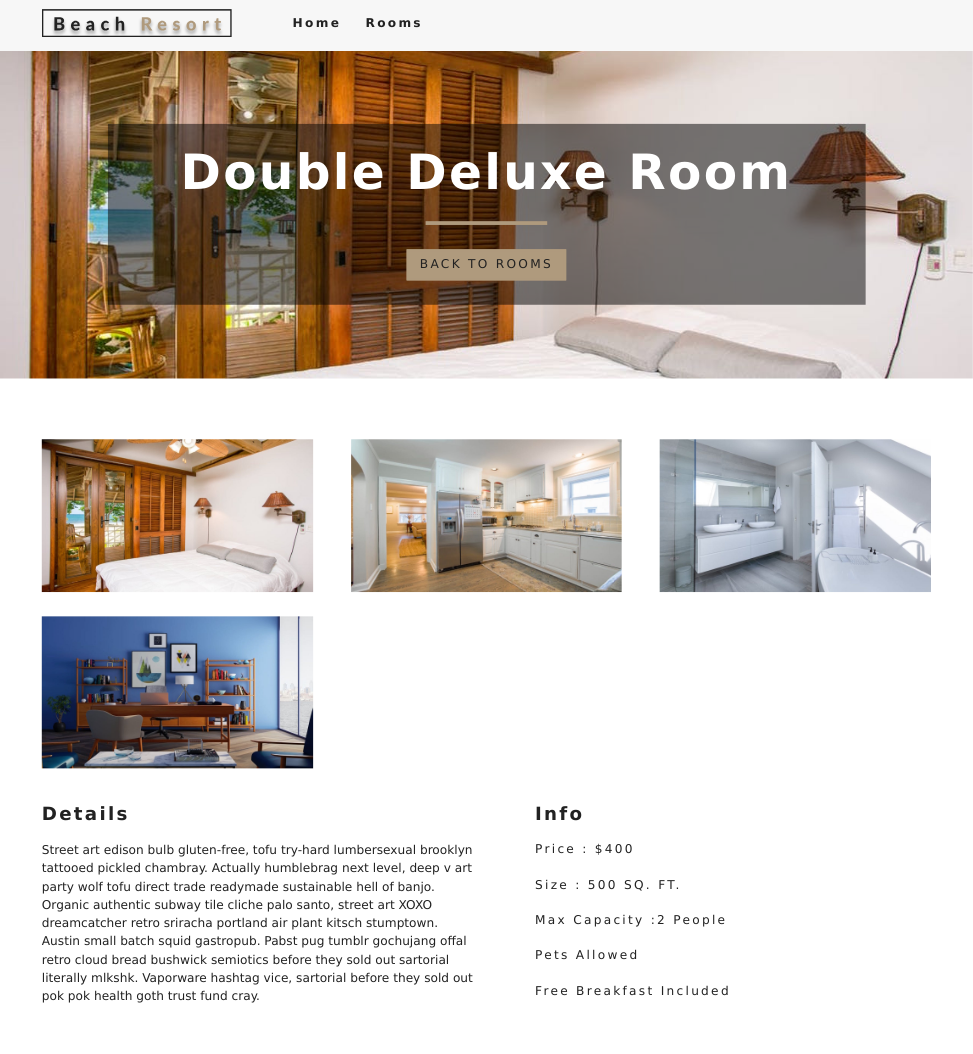
Repository: sanchit01garg/react-beachResort
Page: /rooms/double-deluxe
An editor plug-in stored every save of this project. The page is shown before and after the next save, followed by the edit.
The browser window is 1280 px wide. The pictures show the whole page, at 76% of full size.
The project was rebuilt for these pictures with package versions that can differ from the ones it lists, and the page was loaded fresh each time. Also part of the build but not shown: src/components/Hero.js, src/components/Title.js, src/components/Services.js, src/components/Loading.js, src/components/Room.js, src/components/FeaturedRooms.js, src/pages/Home.js, src/pages/Error.js and 1 more.

Above is the page before, as saved 2021-01-08 01:05:04.

After the next save:
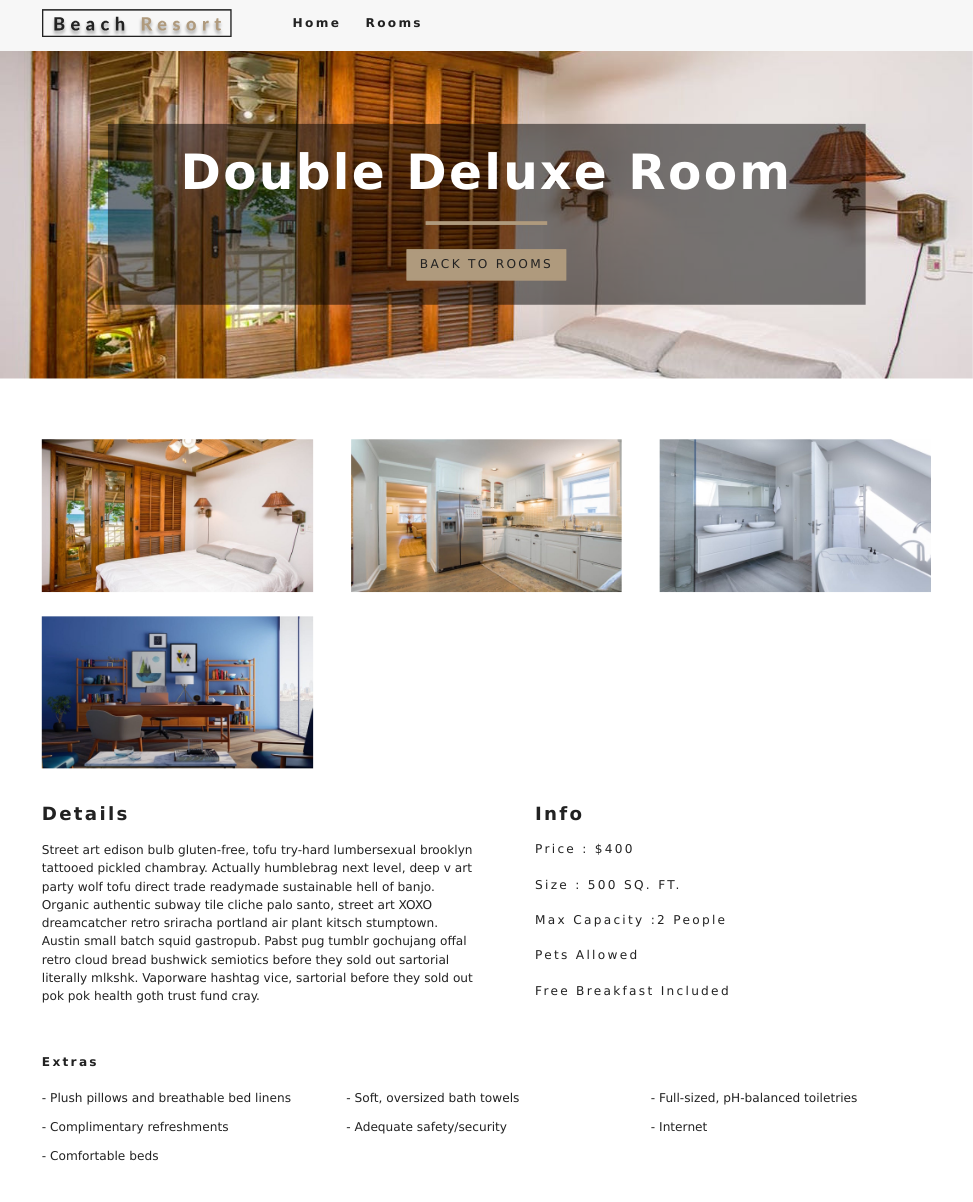
Saved 5 min 34 s later.
--- a/src/pages/SingleRoom.js
+++ b/src/pages/SingleRoom.js
@@ -74,6 +74,14 @@ export default class SingleRoom extends Component {
             </article>
           </div>
         </section>
+        <section className="room-extras">
+          <h6>extras </h6>
+          <ul className="extras">
+            {extras.map((item, index) => (
+              <li key={index}>- {item}</li>
+            ))}
+          </ul>
+        </section>
       </>
     );
   }
